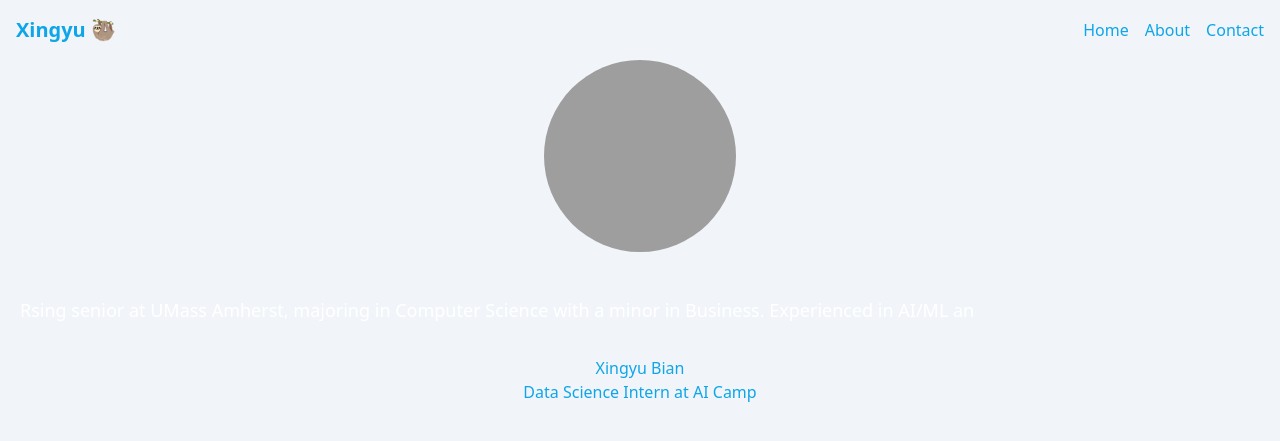
Repository: therealcyberlord/personal-portfolio
Page: /
The author's editor kept a copy of each file at every save. The page is drawn from the files as they stood at one save, then again after the next save.
The browser window is 1280 px wide. The pictures show the whole page.
Pictures or frames that could not be fetched are drawn as grey boxes. The project was rebuilt for these pictures with package versions that can differ from the ones it lists, and the page was loaded fresh each time. Also part of the build but not shown: vite.config.ts, src/pages/About.tsx, src/pages/Contact.tsx.

Above is the page before, as saved 2023-07-23 00:52:55.

### src/App.tsx
import { BrowserRouter as Router, Routes, Route } from "react-router-dom";
import Home from "./pages/Home";
import About from "./pages/About";
import Contact from "./pages/Contact";
import Navbar from "./components/Nav";

function App() {
  return (
    <div className="w-screen h-screen bg-slate-100 dark:bg-slate-800">
      <Router>
        <Navbar />
        <Routes>
          <Route path="/" element={<Home />} />
          <Route path="/about" element={<About />} />
          <Route path="/contact" element={<Contact />} />
        </Routes>
      </Router>
    </div>
  );
}

export default App;

### src/pages/Home.tsx
import Profile from "../components/Profile";

// home page
const Home = () => {
  return (
    <Profile
      name="Xingyu Bian"
      description="Rising senior at UMass Amherst, majoring in Computer Science with a minor in Business. Experienced in AI/ML and web development. Passionate about leveraging machine learning, particularly large language models (LLMs), to tackle complex problems."
      img_path="https://avatars.githubusercontent.com/u/30872286?v=4"
      role="Data Science Intern at AI Camp"
    />
  );
};

export default Home;

### src/components/Nav.tsx
import { Link } from "react-router-dom";

const Navbar = () => {
  return (
    <nav className="p-4">
      <div className="flex justify-between items-center">
        <div className="text-sky-500 dark:text-sky-400 font-bold text-xl">
          Xingyu 🦥
        </div>
        <ul className="flex space-x-4">
          <li>
            <Link
              to="/"
              className="text-sky-500 dark:text-sky-400 hover:text-blue-200 dark:hover:text-blue-200 transition duration-300"
            >
              Home
            </Link>
          </li>
          <li>
            <Link
              to="/about"
              className="text-sky-500 dark:text-sky-400 hover:text-blue-200 dark:hover:text-blue-200 transition duration-300"
            >
              About
            </Link>
          </li>
          <li>
            <Link
              to="/contact"
              className="text-sky-500 dark:text-sky-400 hover:text-blue-200 dark:hover:text-blue-200 transition duration-300"
            >
              Contact
            </Link>
          </li>
        </ul>
      </div>
    </nav>
  );
};

export default Navbar;

### src/components/Profile.tsx
import React, { useState, useEffect } from "react";

interface ProfileProps {
  name: string;
  description: string;
  img_path: string;
  role: string;
}

const Profile: React.FC<ProfileProps> = ({
  name,
  description,
  img_path,
  role,
}) => {
  const [typedText, setTypedText] = useState("");

  useEffect(() => {
    let currentIndex = 0;
    const intervalId = setInterval(() => {
      if (currentIndex < description.length) {
        console.log(description[currentIndex]);
        setTypedText((prevText) => prevText + description[currentIndex]);
        currentIndex++;
      } else {
        clearInterval(intervalId);
      }
    }, 50);

    return () => {
      clearInterval(intervalId);
    };
  }, [description]);

  return (
    <>
      <img
        className="w-48 h-48 rounded-full mx-auto"
        src={img_path}
        alt="Xingyu's profile picture"
        width="384"
        height="512"
      />
      <figure className="flex">
        <div className="pt-6 text-center space-y-4">
          <blockquote>
            <p className="p-5 text-lg font-large text-white ">{typedText}</p>
          </blockquote>
        </div>
      </figure>
      <figcaption className="font-medium text-center my-3">
        <div className=" text-sky-500 dark:text-sky-400 font-sans">{name}</div>
        <div className=" text-sky-500 dark:text-sky-400 font-sans">{role}</div>
      </figcaption>
    </>
  );
};

export default Profile;

### tailwind.config.js
/** @type {import('tailwindcss').Config} */

export default {
  content: ["./index.html", "./src/**/*.{js,ts,jsx,tsx}"],
  theme: {
    extend: {
      colors: {
        primary: "#202225",
        secondary: "#5865f2",
      },
    },
  },
  plugins: [],
};

Loaded but not shown: src/main.tsx (common file); src/index.css (common file)

After the next save:
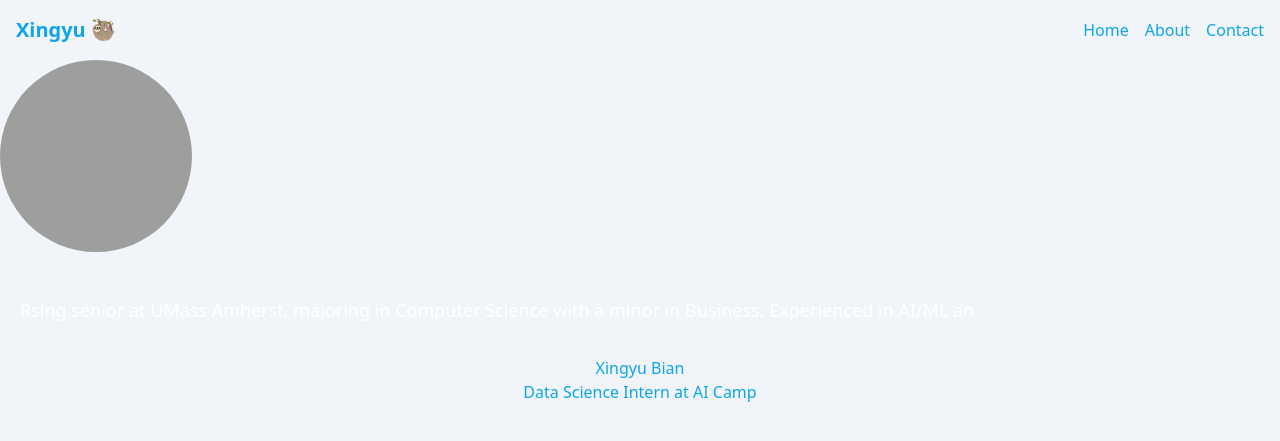
Saved 54 s later.
--- a/src/components/Profile.tsx
+++ b/src/components/Profile.tsx
@@ -35,7 +35,7 @@
   return (
     <>
       <img
-        className="w-48 h-48 rounded-full mx-auto"
+        className="w-48 h-48 rounded-full"
         src={img_path}
         alt="Xingyu's profile picture"
         width="384"

After the save that followed:
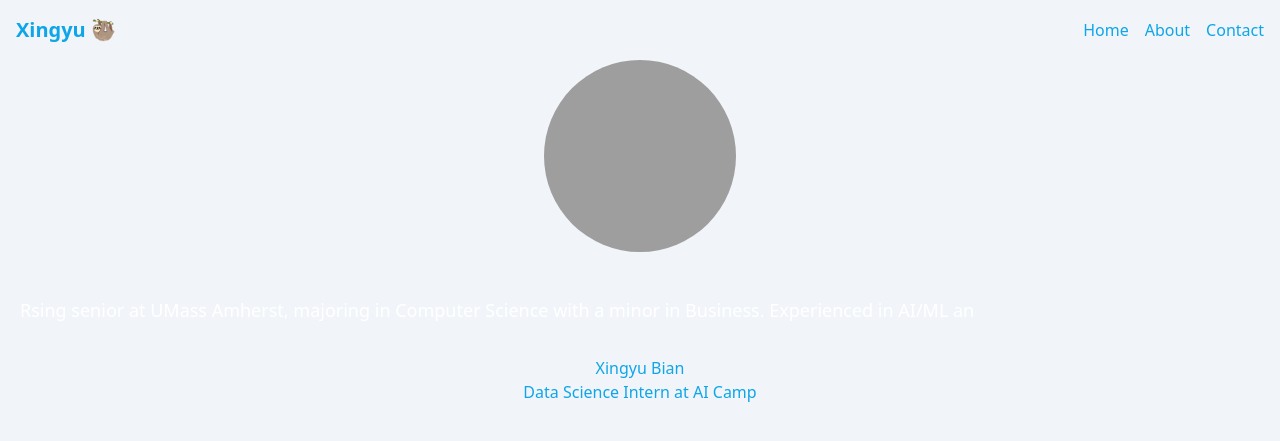
Saved 6 s later.
--- a/src/components/Profile.tsx
+++ b/src/components/Profile.tsx
@@ -35,7 +35,7 @@
   return (
     <>
       <img
-        className="w-48 h-48 rounded-full"
+        className="w-48 h-48 rounded-full mx-auto"
         src={img_path}
         alt="Xingyu's profile picture"
         width="384"
